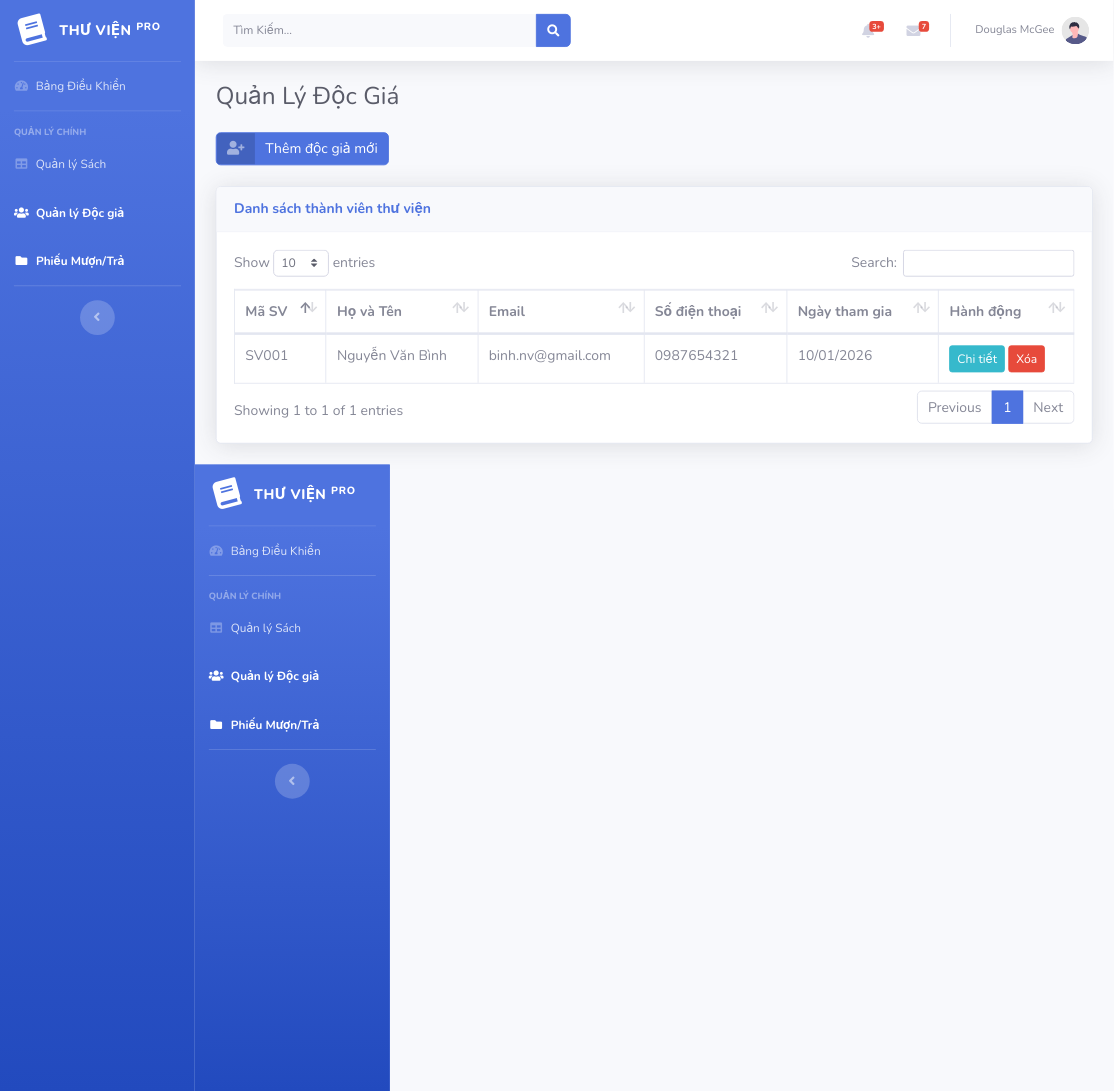
Repository: anhduong030409/LibraryManagement
Page: http://localhost/LibraryManagement/users-list.jsp
The author's editor kept a copy of each file at every save. The page is drawn from the files as they stood at one save, then again after the next save.
The browser window is 1280 px wide. The pictures show the whole page, at 87% of full size.
The page is served by Tomcat 9.

Above is the page before, as saved 2026-03-11 18:42:56.

After the next save:
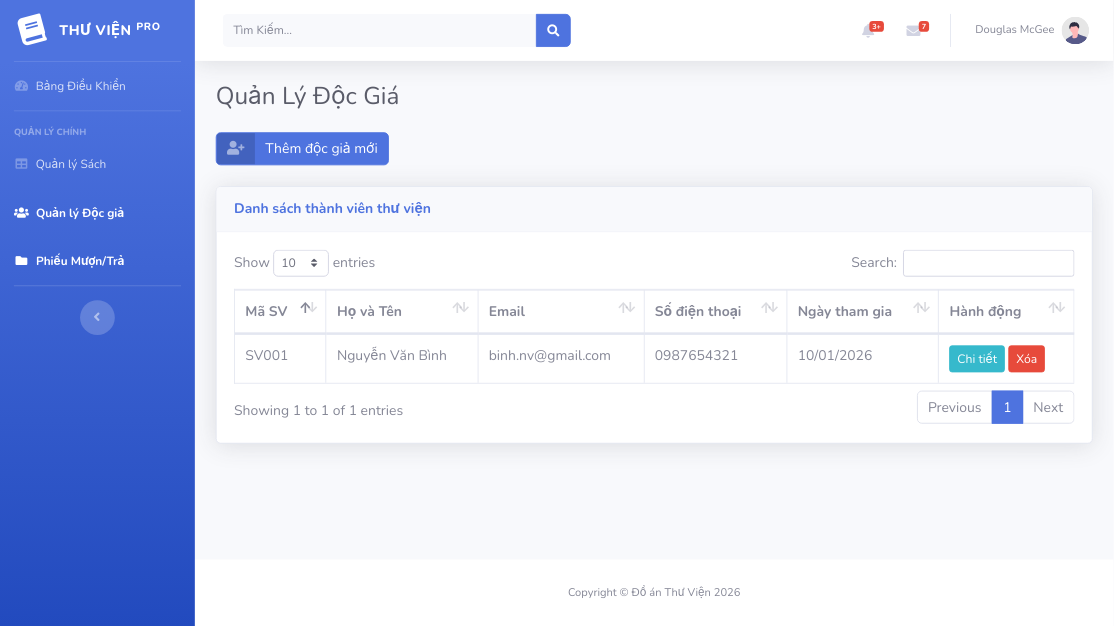
Saved 31 s later.
--- a/LibraryManagement/src/main/webapp/users-list.jsp
+++ b/LibraryManagement/src/main/webapp/users-list.jsp
@@ -66,7 +66,7 @@
                     </div>
                 </div>
             </div>
-            <jsp:include page="sidebar.jsp"></jsp:include>
+            <jsp:include page="footer.jsp"></jsp:include>
         </div>
     </div>
 
